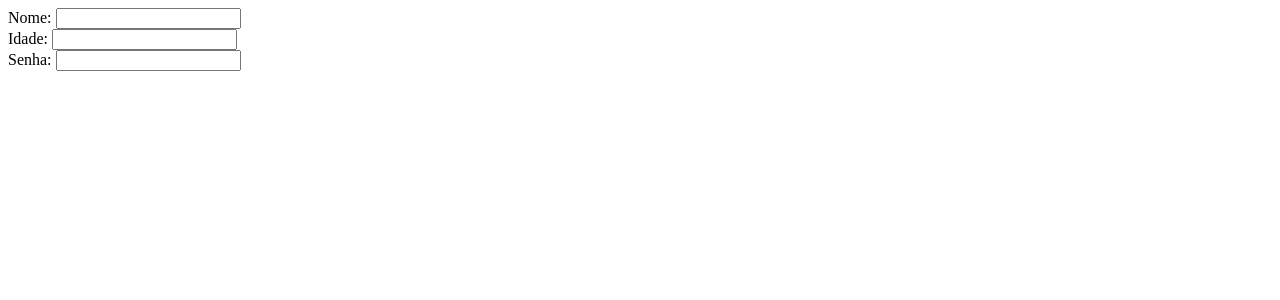
Repository: gustavotwist/html-css
Page: forn.html
These files come from the project's save history. The page is drawn as it stood at one moment and after a run of saves; the edit follows.
The browser window is 1280 px wide. The pictures show the whole page.

Above is the page before, as saved 2024-04-25 18:41:16.

After the next 5 saves:
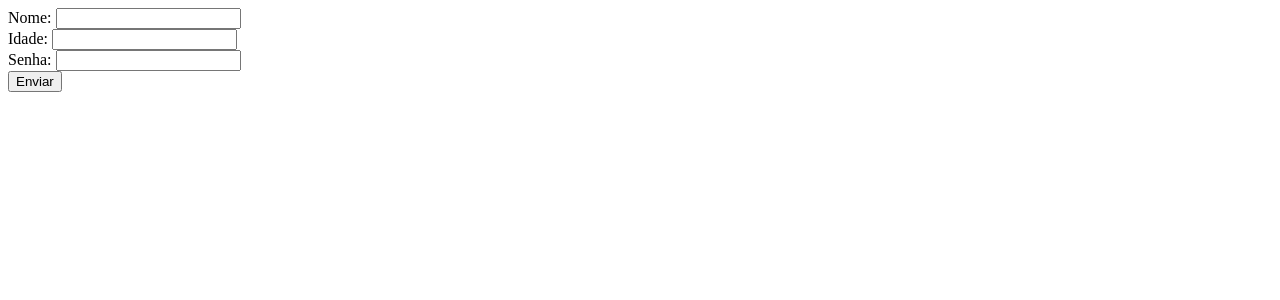
The 5 saves are shown as one change because they came seconds apart.
The last was saved 15 s later.
--- a/forn.html
+++ b/forn.html
@@ -10,7 +10,7 @@
         Nome: <input type="text" name="name" /><br>
         Idade: <input type="number" name="age" /><br>
         Senha: <input type="number" name="password" /><br>
-
+        <button>Enviar</button>
     </form>
 </body>
 </html>
